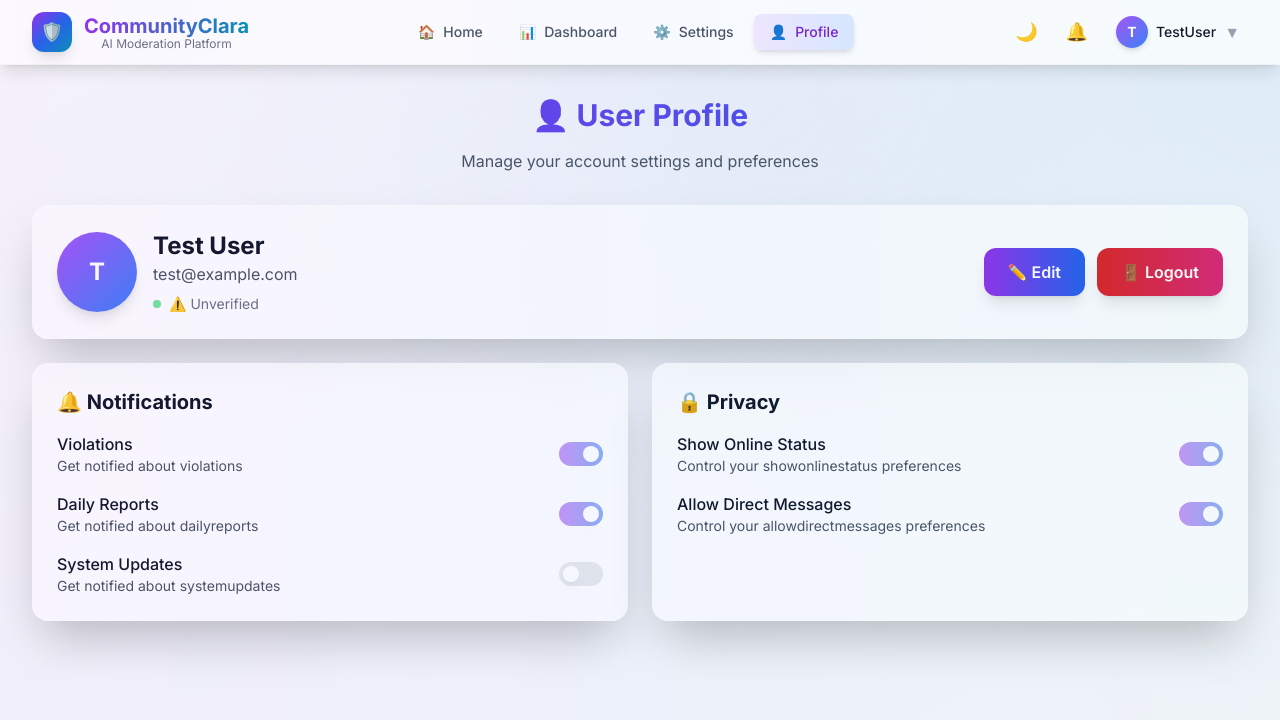
Repository: Tab-To-LightSpeed24/CommunityClara
Page: / (app in frontend/), after clicking the first element matching `div.hidden > :nth-child(4)`
These files come from the project's save history. The page is drawn as it stood at one moment and after the next save; the edit follows.
The browser window is 1280 px wide. The pictures show the whole page.
The page's requests for data from a server got no answer. The project was rebuilt for these pictures with package versions that can differ from the ones it lists, and the page was loaded fresh each time. No one was signed in, and anything a server would have sent is missing. Also part of the build but not shown: frontend/vite.config.js, frontend/src/components/Dashboard/StatsOverview.jsx, frontend/src/components/Dashboard/HealthScore.jsx, frontend/src/components/Dashboard/ViolationsList.jsx, frontend/src/components/Dashboard/AnalyticsChart.jsx, frontend/src/components/Dashboard/ServerSelector.jsx, frontend/src/components/Layout/LoadingSpinner.jsx, frontend/src/components/Layout/ErrorMessage.jsx and 6 more.

Above is the page before, as saved 2025-08-23 01:05:00.

After the next save:
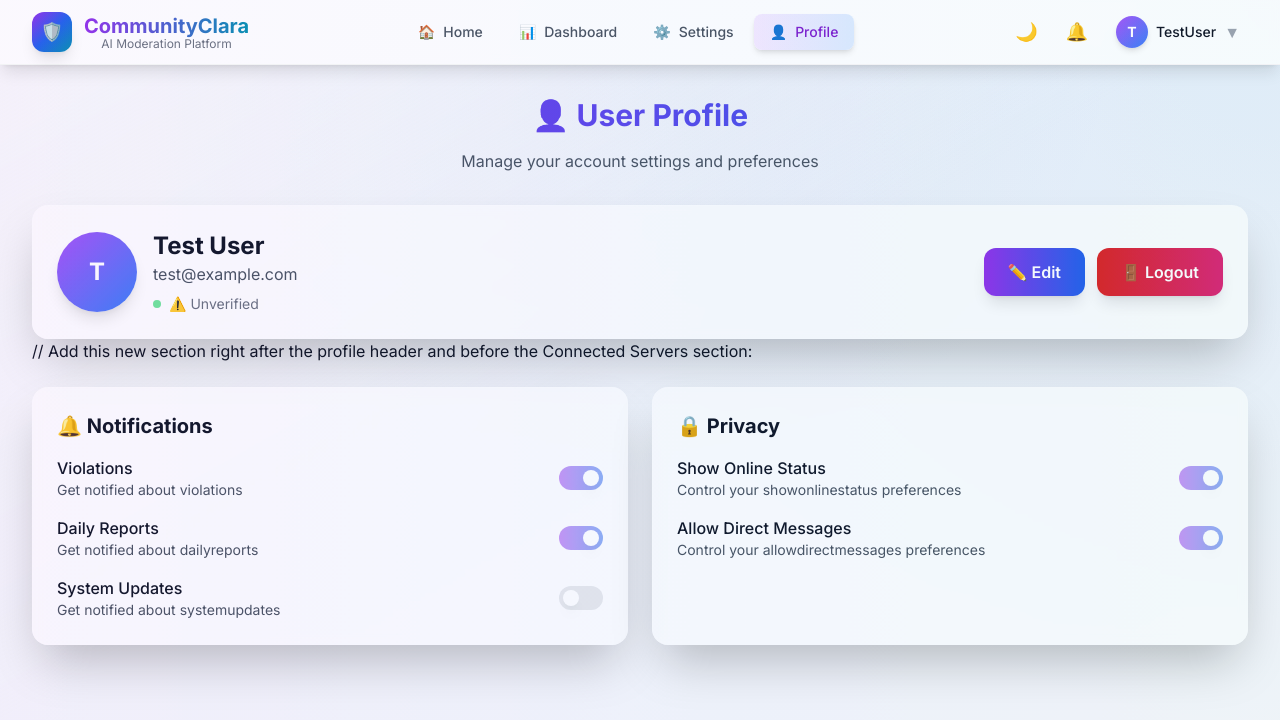
Saved 58 s later.
--- a/frontend/src/components/Profile/UserProfile.jsx
+++ b/frontend/src/components/Profile/UserProfile.jsx
@@ -221,6 +221,78 @@
           </div>
         </div>
       </div>
+      // Add this new section right after the profile header and before the Connected Servers section:
+      {/* Editable Profile Fields */}
+      {isEditing && (
+        <div className="mt-6 pt-6 border-t border-gray-200/50 dark:border-gray-700/50">
+          <h3 className="text-lg font-semibold text-gray-900 dark:text-gray-100 mb-4 flex items-center">
+            <span className="text-xl mr-2">✏️</span>
+            Edit Profile Information
+          </h3>
+
+          <div className="grid grid-cols-1 md:grid-cols-2 gap-6">
+            <div>
+              <label className="block text-sm font-medium text-gray-700 dark:text-gray-300 mb-2">
+                Username
+              </label>
+              <input
+                type="text"
+                value={profile.username}
+                onChange={(e) => setProfile(prev => ({...prev, username: e.target.value}))}
+                className="w-full p-3 border border-gray-300 dark:border-gray-600 rounded-lg bg-white dark:bg-gray-800 text-gray-900 dark:text-gray-100"
+              />
+            </div>
+
+            <div>
+              <label className="block text-sm font-medium text-gray-700 dark:text-gray-300 mb-2">
+                Display Name
+              </label>
+              <input
+                type="text"
+                value={profile.display_name}
+                onChange={(e) => setProfile(prev => ({...prev, display_name: e.target.value}))}
+                className="w-full p-3 border border-gray-300 dark:border-gray-600 rounded-lg bg-white dark:bg-gray-800 text-gray-900 dark:text-gray-100"
+              />
+            </div>
+
+            <div>
+              <label className="block text-sm font-medium text-gray-700 dark:text-gray-300 mb-2">
+                Theme
+              </label>
+              <select
+                value={profile.theme}
+                onChange={(e) => setProfile(prev => ({...prev, theme: e.target.value}))}
+                className="w-full p-3 border border-gray-300 dark:border-gray-600 rounded-lg bg-white dark:bg-gray-800 text-gray-900 dark:text-gray-100"
+              >
+                <option value="system">System</option>
+                <option value="light">Light</option>
+                <option value="dark">Dark</option>
+              </select>
+            </div>
+
+            <div>
+              <label className="block text-sm font-medium text-gray-700 dark:text-gray-300 mb-2">
+                Timezone
+              </label>
+              <select
+                value={profile.timezone}
+                onChange={(e) => setProfile(prev => ({...prev, timezone: e.target.value}))}
+                className="w-full p-3 border border-gray-300 dark:border-gray-600 rounded-lg bg-white dark:bg-gray-800 text-gray-900 dark:text-gray-100"
+              >
+                <option value="UTC">UTC</option>
+                <option value="America/New_York">Eastern Time</option>
+                <option value="America/Chicago">Central Time</option>
+                <option value="America/Denver">Mountain Time</option>
+                <option value="America/Los_Angeles">Pacific Time</option>
+                <option value="Europe/London">London</option>
+                <option value="Europe/Paris">Paris</option>
+                <option value="Asia/Tokyo">Tokyo</option>
+                <option value="Asia/Kolkata">India</option>
+              </select>
+            </div>
+          </div>
+        </div>
+      )}
 
       {/* Settings */}
       <div className="grid grid-cols-1 lg:grid-cols-2 gap-6">

After the 2 saves that followed:
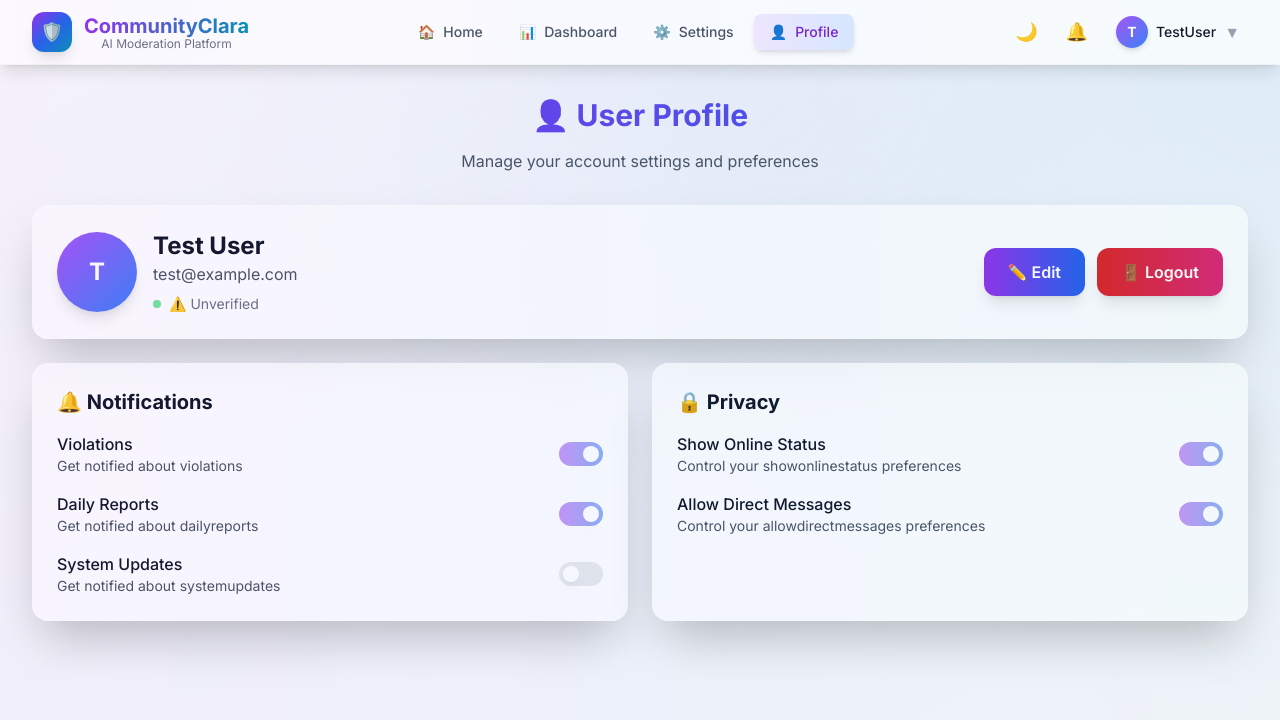
The 2 saves are shown as one change because 1 left the picture as it was.
The last was saved 77 s later.
--- a/frontend/src/components/Profile/UserProfile.jsx
+++ b/frontend/src/components/Profile/UserProfile.jsx
@@ -147,10 +147,11 @@
   }
 
 
-  const handleLogout = () => {
-    logout()
-    window.location.href = '/'
+  const handleLogout = async () => {
+    await logout()
+    // No need to manually redirect, AuthContext will handle the state
   }
+
 
   return (
     <div className="space-y-6">
@@ -221,7 +222,6 @@
           </div>
         </div>
       </div>
-      // Add this new section right after the profile header and before the Connected Servers section:
       {/* Editable Profile Fields */}
       {isEditing && (
         <div className="mt-6 pt-6 border-t border-gray-200/50 dark:border-gray-700/50">
